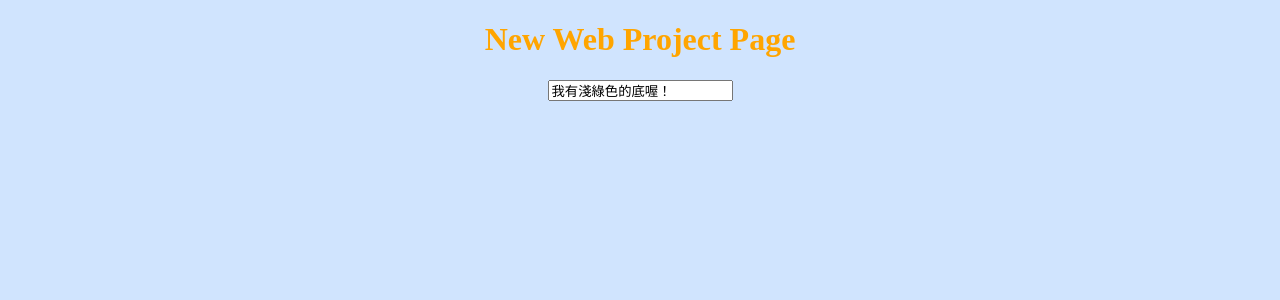
Repository: ericluo1123/myWebCode
Page: myWebProject/index.html
The author's editor kept a copy of each file at every save. The page is drawn from the files as they stood at one save, then again after the next save.
The browser window is 1280 px wide. The pictures show the whole page.

Above is the page before, as saved 2014-10-23 02:16:48.

### myWebProject/index.html
<!DOCTYPE HTML PUBLIC "-//W3C//DTD HTML 4.01 Transitional//EN"
"http://www.w3.org/TR/html4/loose.dtd">
<html xmlns="http://www.w3.org/1999/xhtml">
	<head>
		<!-- <link rel=stylesheet type="text/css" href="myCSS.css"> -->
		<style type="text/css">
			@import url(myCSS.css);
		</style>

		<script type="text/javascript" 	src="C:\Users\taianluo\Documents\GitHub\myWebCode\myWebProject\myJavascript.js"></script>
		<meta http-equiv="Content-Type" content="text/html; charset=utf-8" />
		<title>New Web Project</title>
	</head>
	<body>
		<h1>New Web Project Page</h1>
		<h1>
		<input type="Text" value="我有淺綠色的底喔！">
		</h1>

	</body>
</html>

### myWebProject/myCSS.css
body {
	background-color: #d0e4fe;
}

h1 {
	color: orange;
	text-align: center;
}

p {
	font-family: "Times New Roman";
	font-size: 20px;
}

After the next save:
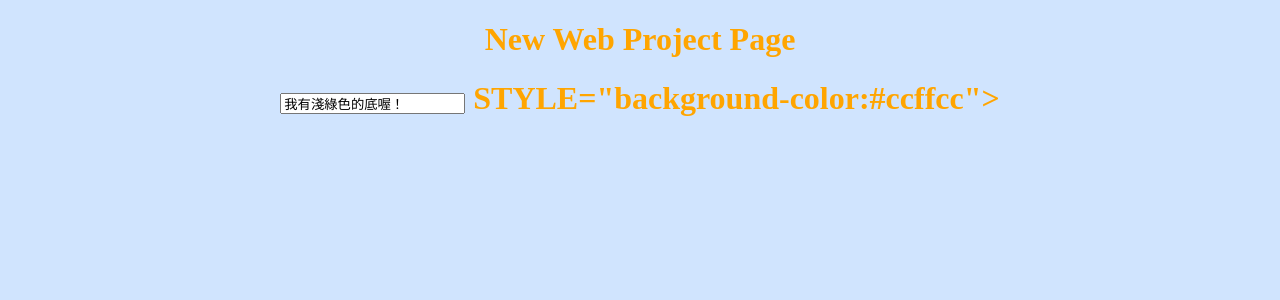
Saved 25 s later.
--- a/myWebProject/index.html
+++ b/myWebProject/index.html
@@ -15,7 +15,7 @@
 		<h1>New Web Project Page</h1>
 		<h1>
 		<input type="Text" value="我有淺綠色的底喔！">
-		</h1>
+		STYLE="background-color:#ccffcc"> </h1>
 
 	</body>
 </html>
